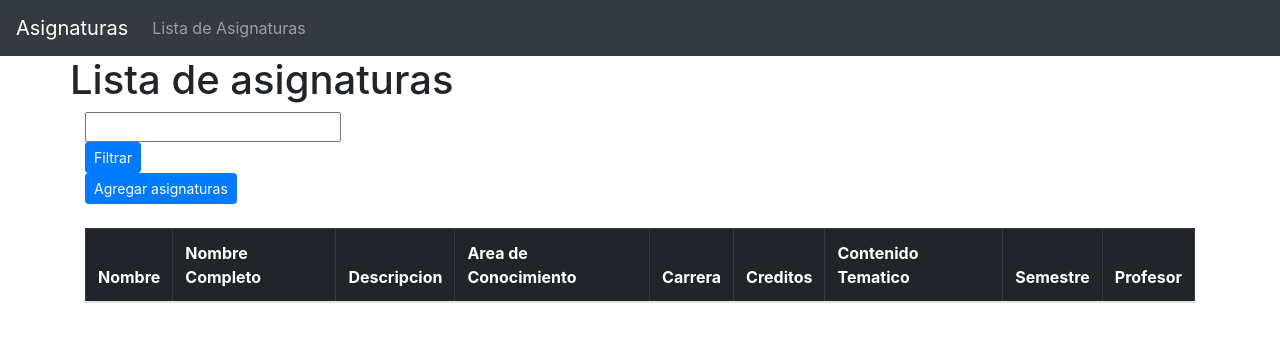
Repository: HennysTous/SpringBoot-MVC-API
Page: http://localhost/asignaturas
These files come from the project's save history. The page is drawn as it stood at one moment and after the next save; the edit follows.
The browser window is 1280 px wide. The pictures show the whole page.
The page is this project's Thymeleaf template; nobody is signed in. The template is opened directly, without the code that normally fills it, so the values that code supplies are empty.

Above is the page before, as saved 2023-07-10 18:50:14.

### AsignaturasCRUDMVC/src/main/resources/templates/asignaturas.html
<!DOCTYPE html>
<html xmlns:th="http://www.thymeleaf.org">
<head>
<meta charset="utf-8">
<title>Listado de asignaturas</title>
<!-- CSS only -->
<link rel="stylesheet" href="https://maxcdn.bootstrapcdn.com/bootstrap/4.0.0/css/bootstrap.min.css" integrity="sha384-Gn5384xqQ1aoWXA+058RXPxPg6fy4IWvTNh0E263XmFcJlSAwiGgFAW/dAiS6JXm" crossorigin="anonymous">
</head>
<body>


	<nav class="navbar navbar-expand-md bg-dark navbar-dark">
		<a class="navbar-brand" href="#"> Asignaturas</a>
		<!-- Navbar links -->
		<div class="collapse navbar-collapse" id="collapsibleNavbar">
			<ul class="navbar-nav">
				<li class="nav-item"><a class="nav-link"
					th:href="@{/asignaturas}">Lista de Asignaturas</a></li>
			</ul>
		</div>
	</nav>


	<div class="container">
		<div class="row">
			<h1>Lista de asignaturas</h1>
		</div>
		<div class="row">
		   <div class="col-lg-3">
		     <form th:action="@{/asignaturas}" method="GET">
				 <input id="txtFiltrar" type="text" name="filtrar">
				 <button type="submit" class="btn btn-primary btn-sm mb3">Filtrar</button>
			 </form>
		   </div>
		</div>
		<div class="row">
		   <div class="col-lg-3">
		     <a th:href="@{/asignaturas/nuevo}" class="btn btn-primary btn-sm mb3">Agregar asignaturas</a>
		   </div>
		</div>

		<br>
		<table class="table table-striped table-bordered">
			<thead class="table-dark">
				<tr>
					<th>Nombre</th>
					<th>Nombre Completo</th>
					<th>Descripcion</th>
					<th>Area de Conocimiento</th>
					<th>Carrera</th>
					<th>Creditos</th>
					<th>Contenido Tematico</th>
					<th>Semestre</th>
					<th>Profesor</th>
				</tr>
			</thead>
			<tbody>
				<tr th:each="asignaturas : ${asignaturas}">
					<td th:text="${asignaturas.nombre}">Nombre</td>
					<td th:text="${asignaturas.nombreCompleto}">Nombre Completo</td>
					<td th:text="${asignaturas.descripcion}">Descripcion</td>
					<td th:text="${asignaturas.areaConocimiento}">Area de Conocimiento</td>
					<td th:text="${asignaturas.carrera}">Carrera</td>
					<td th:text="${asignaturas.creditos}">Creditos</td>
					<td th:text="${asignaturas.contenidoTematico}">Contenido Tematico</td>
					<td th:text="${asignaturas.semestre}">Semestre</td>
					<td th:text="${asignaturas.profesor}">Profesor</td>

					<td>
					  <a th:href="@{/asignaturas/editar/{id}(id=${asignaturas.id})}" class="btn btn-info">Editar</a>
					  <a th:href="@{/asignaturas/{id}(id=${asignaturas.id})}" class="btn btn-danger">Eliminar</a>
					</td>
				</tr>
			</tbody>
		</table>
	</div>

</body>
</html>

After the next save:
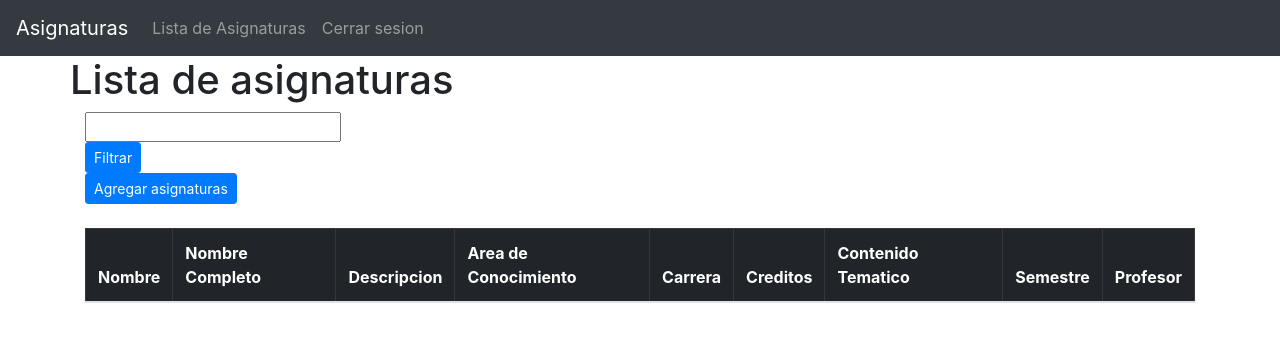
Saved 2 min 30 s later.
--- a/AsignaturasCRUDMVC/src/main/resources/templates/asignaturas.html
+++ b/AsignaturasCRUDMVC/src/main/resources/templates/asignaturas.html
@@ -16,6 +16,10 @@
 			<ul class="navbar-nav">
 				<li class="nav-item"><a class="nav-link"
 					th:href="@{/asignaturas}">Lista de Asignaturas</a></li>
+			</ul>
+			<ul class="navbar-nav">
+				<li class="nav-item"><a class="nav-link"
+					th:href="@{/cerrarsesion}">Cerrar sesion</a></li>
 			</ul>
 		</div>
 	</nav>
